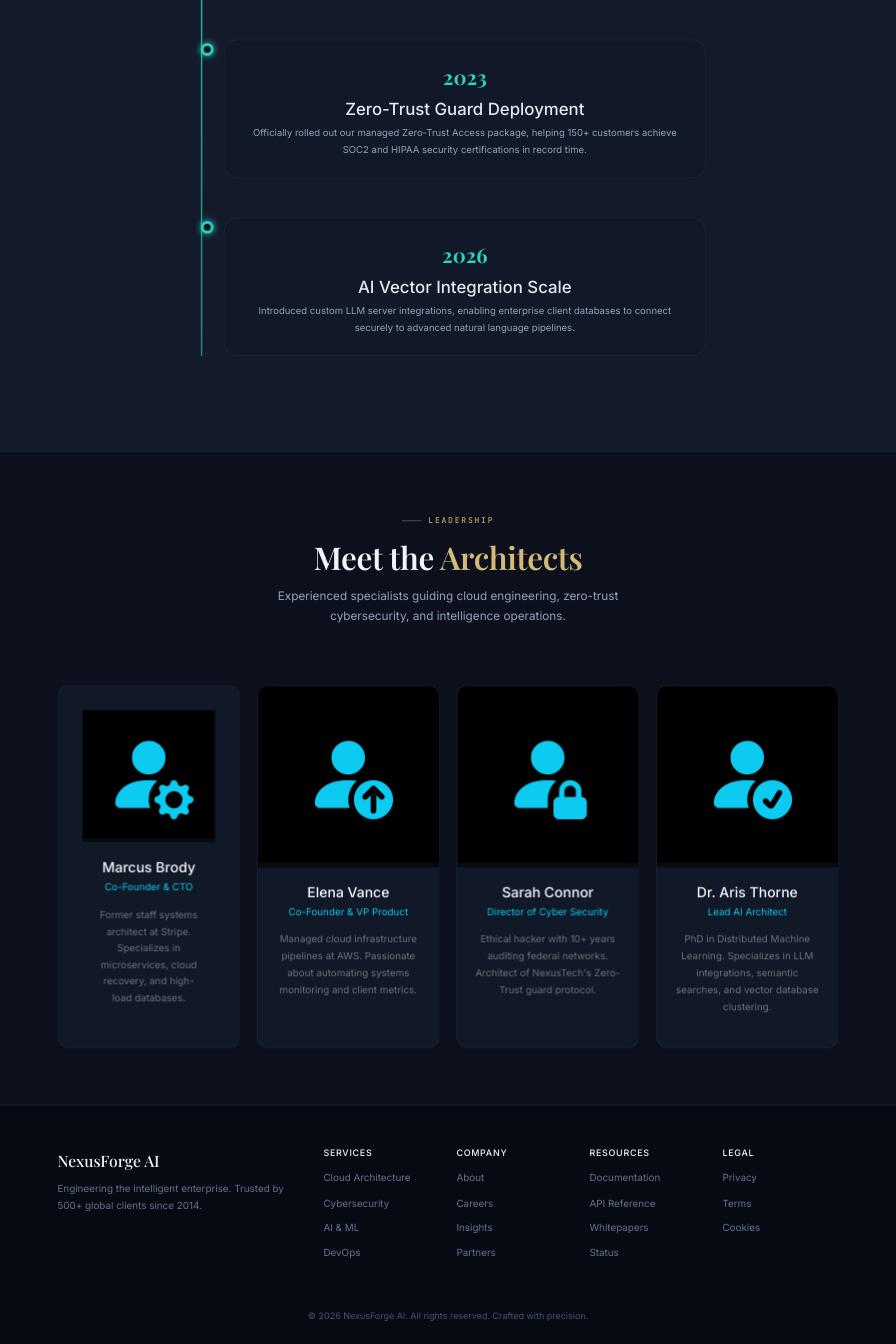
Repository: ruzni-dev/project-showcase
Page: pages/52-IT-Solutions-Website/pages/about.html
An editor plug-in stored every save of this project. The page is shown before and after the next save, followed by the edit.
The browser window is 1280 px wide. The pictures show the part of the page from y = 1492 to 3412 px (the page is 3412 px tall before and 3388 px after), at 70% of full size.
Some web fonts or font styles are not loaded; a fallback is used.

Above is the page before, as saved 2026-05-24 22:36:26.

### pages/52-IT-Solutions-Website/pages/about.html
<!DOCTYPE html>
<html lang="en">
<head>
    <meta charset="UTF-8">
    <meta name="viewport" content="width=device-width, initial-scale=1.0">
    <title>NexusForge AI — Premium IT Solutions & Intelligent Automation</title>
    <link rel="icon" type="image/svg+xml" href="../assets/images/favicon.svg">
    <link rel="apple-touch-icon" href="../assets/images/favicon.svg">

    <!-- Bootstrap 5.3 CSS -->
    <link href="https://cdn.jsdelivr.net/npm/bootstrap@5.3.2/dist/css/bootstrap.min.css" rel="stylesheet">
    <!-- Bootstrap Icons -->
    <link href="https://cdn.jsdelivr.net/npm/bootstrap-icons@1.11.3/font/bootstrap-icons.css" rel="stylesheet">
    <!-- Google Fonts: Premium Typography -->
    <link href="https://fonts.googleapis.com/css2?family=Inter:wght@300;400;500;600;700;800;900&family=Playfair+Display:ital,wght@0,500;0,600;0,700;1,500&family=JetBrains+Mono:wght@400;500;600&display=swap" rel="stylesheet">
    <!-- AOS Animation -->
    <link href="https://unpkg.com/aos@2.3.1/dist/aos.css" rel="stylesheet">
    <!-- Custom Theme CSS -->
    <link href="../assets/css/style.css" rel="stylesheet">
</head>
<body>

    <!-- ==================== NAVBAR ==================== -->
    <nav class="navbar navbar-expand-lg fixed-top" id="mainNav">
        <div class="container">
            <a class="navbar-brand" href="../index.html">
                <div class="brand-mark"><i class="bi bi-cpu-fill"></i></div>
                <span>NexusForge AI</span>
            </a>
            <button class="navbar-toggler" type="button" data-bs-toggle="collapse" data-bs-target="#navContent">
                <span class="navbar-toggler-icon"></span>
            </button>
            <div class="collapse navbar-collapse" id="navContent">
                <ul class="navbar-nav mx-auto mb-2 mb-lg-0 gap-1">
                    <li class="nav-item"><a class="nav-link" href="../index.html" data-page="home">Home</a></li>
                    <li class="nav-item"><a class="nav-link active" href="about.html#about" data-page="about">About</a></li>
                    <li class="nav-item"><a class="nav-link" href="services.html" data-page="services">Services</a></li>
                    <li class="nav-item"><a class="nav-link" href="portfolio.html" data-page="portfolio">Portfolio</a></li>
                    <li class="nav-item"><a class="nav-link" href="ai-solutions.html" data-page="ai-solutions">AI Solutions</a></li>
                    <li class="nav-item"><a class="nav-link" href="contact.html" data-page="contact">Contact</a></li>
                </ul>
                <a href="#contact" class="btn-nav">Start a Project <i class="bi bi-arrow-right ms-1"></i></a>
            </div>
        </div>
    </nav>

    <!-- ==================== PAGE 2: ABOUT ==================== -->
    <section class="page-section dark-page" id="about">
        <div class="container">
            <div class="row align-items-center g-5">
                <div class="col-lg-5" data-aos="fade-right" data-aos-duration="900">
                    <span class="section-eyebrow">Our Story</span>
                    <h2 class="section-title">A decade of <span class="accent">excellence</span> in technology consulting</h2>
                    <p class="section-subtitle">
                        Founded in 2014 by a team of MIT and Stanford engineers, NexusForge AI has grown from a boutique consultancy into a global technology partner. We combine deep technical expertise with strategic vision to solve the most complex challenges.
                    </p>
                    <div class="d-flex gap-4 mt-4 flex-wrap">
                        <div><strong style="font-size:1.6rem;color:#f1f5f9;">280+</strong><br><small style="color:var(--slate-500);">Engineers & Data Scientists</small></div>
                        <div><strong style="font-size:1.6rem;color:#f1f5f9;">12</strong><br><small style="color:var(--slate-500);">Global Offices</small></div>
                        <div><strong style="font-size:1.6rem;color:#f1f5f9;">40+</strong><br><small style="color:var(--slate-500);">Countries Served</small></div>
                    </div>
                </div>
                <div class="col-lg-7" data-aos="fade-left" data-aos-duration="1000">
                    <div class="row g-3">
                        <div class="col-6">
                            <div style="background:var(--bg-card);border:1px solid var(--border-subtle);border-radius:var(--radius-md);padding:20px;text-align:center;">
                                <i class="bi bi-trophy-fill" style="font-size:2rem;color:var(--gold);"></i>
                                <h6 class="mt-2" style="color:#f1f5f9;">Forbes Tech Council</h6>
                                <small style="color:var(--slate-500);">Member since 2019</small>
                            </div>
                        </div>
                        <div class="col-6">
                            <div style="background:var(--bg-card);border:1px solid var(--border-subtle);border-radius:var(--radius-md);padding:20px;text-align:center;">
                                <i class="bi bi-shield-check-fill" style="font-size:2rem;color:var(--teal);"></i>
                                <h6 class="mt-2" style="color:#f1f5f9;">ISO 27001 Certified</h6>
                                <small style="color:var(--slate-500);">Security Excellence</small>
                            </div>
                        </div>
                        <div class="col-6">
                            <div style="background:var(--bg-card);border:1px solid var(--border-subtle);border-radius:var(--radius-md);padding:20px;text-align:center;">
                                <i class="bi bi-award-fill" style="font-size:2rem;color:var(--gold-light);"></i>
                                <h6 class="mt-2" style="color:#f1f5f9;">Gartner Recognized</h6>
                                <small style="color:var(--slate-500);">AI Consultancy Leader</small>
                            </div>
                        </div>
                        <div class="col-6">
                            <div style="background:var(--bg-card);border:1px solid var(--border-subtle);border-radius:var(--radius-md);padding:20px;text-align:center;">
                                <i class="bi bi-globe2" style="font-size:2rem;color:var(--teal);"></i>
                                <h6 class="mt-2" style="color:#f1f5f9;">Global Delivery</h6>
                                <small style="color:var(--slate-500);">24/7 Operations</small>
                            </div>
                        </div>
                    </div>
                </div>
            </div>
        </div>
    </section>

    <!-- Company History Timeline -->
    <section class="page-section elevated-page" id="about">
        <div class="container" id="history">
            <div class="section-header-centered" data-aos="fade-up">
                <span class="section-eyebrow">Milestones</span>
                <h2 class="section-title">Our <span class="accent-teal">Journey</span></h2>
                <p class="section-subtitle">From a shared home office to scaling worldwide digital systems.</p>
            </div>
            <div class="row justify-content-center mt-5">
                <div class="col-lg-8">
                    <div class="timeline">
                        <div class="timeline-item" data-aos="zoom-in" data-aos-delay="0">
                            <div class="timeline-dot"></div>
                            <div class="ai-tool-card-premium">
                                <div class="timeline-year">2019</div>
                                <h4>Founded in San Francisco</h4>
                                <p>
                                    Started by Marcus Brody and Elena Vance as a specialized consulting agency troubleshooting server load crashes for early-stage fintech products.
                                </p>
                            </div>
                        </div>
                        <div class="timeline-item" data-aos="zoom-in" data-aos-delay="100">
                            <div class="timeline-dot"></div>
                            <div class="ai-tool-card-premium">
                                <div class="timeline-year">2021</div>
                                <h4>Infrastructual Automation Release</h4>
                                <p>
                                    Developed proprietary server-monitoring microagents, lowering average client incident resolution time from 3 hours to 12 minutes.
                                </p>
                            </div>
                        </div>
                        <div class="timeline-item" data-aos="zoom-in" data-aos-delay="200">
                            <div class="timeline-dot"></div>
                            <div class="ai-tool-card-premium">
                                <div class="timeline-year">2023</div>
                                <h4>Zero-Trust Guard Deployment</h4>
                                <p>
                                    Officially rolled out our managed Zero-Trust Access package, helping 150+ customers achieve SOC2 and HIPAA security certifications in record time.
                                </p>
                            </div>
                        </div>
                        <div class="timeline-item" data-aos="zoom-in" data-aos-delay="300">
                            <div class="timeline-dot"></div>
                            <div class="ai-tool-card-premium">
                                <div class="timeline-year">2026</div>
                                <h4>AI Vector Integration Scale</h4>
                                <p>
                                    Introduced custom LLM server integrations, enabling enterprise client databases to connect securely to advanced natural language pipelines.
                                </p>
                            </div>
                        </div>
                    </div>
                </div>
            </div>
        </div>
    </section>

    <!-- Team Grid Section -->
    <section class="page-section dark-page" id="about">
        <div class="container" id="team">
            <div class="section-header-centered" data-aos="fade-up">
                <span class="section-eyebrow">Leadership</span>
                <h2 class="section-title">Meet the <span class="accent">Architects</span></h2>
                <p class="section-subtitle">Experienced specialists guiding cloud engineering, zero-trust cybersecurity, and intelligence operations.</p>
            </div>
            <div class="row g-4 mt-4">
                <!-- Member 1 -->
                <div class="col-xl-3 col-md-6">
                    <div class="team-card glass-card h-100">
                        <div class="team-img-wrapper text-center bg-black bg-opacity-30 d-flex align-items-center justify-content-center py-5">
                            <!-- Inline Premium Avatar Icon Graphic -->
                            <i class="bi bi-person-fill-gear text-info" style="font-size: 8rem;"></i>
                            <div class="team-socials">
                                <a href="#" class="team-social-link"><i class="bi bi-linkedin"></i></a>
                                <a href="#" class="team-social-link"><i class="bi bi-github"></i></a>
                                <a href="#" class="team-social-link"><i class="bi bi-twitter-x"></i></a>
                            </div>
                        </div>
                        <div class="p-4 text-center">
                            <h5 class="mb-1 text-light">Marcus Brody</h5>
                            <p class="text-info small mb-3">Co-Founder & CTO</p>
                            <p class="text-secondary small mb-0">Former staff systems architect at Stripe. Specializes in microservices, cloud recovery, and high-load databases.</p>
                        </div>
                    </div>
                </div>

                <!-- Member 2 -->
                <div class="col-xl-3 col-md-6">
                    <div class="team-card h-100">
                        <div class="team-img-wrapper text-center bg-black bg-opacity-30 d-flex align-items-center justify-content-center py-5">
                            <i class="bi bi-person-fill-up text-info" style="font-size: 8rem;"></i>
                            <div class="team-socials">
                                <a href="#" class="team-social-link"><i class="bi bi-linkedin"></i></a>
                                <a href="#" class="team-social-link"><i class="bi bi-twitter-x"></i></a>
                            </div>
                        </div>
                        <div class="p-4 text-center">
                            <h5 class="mb-1 text-light">Elena Vance</h5>
                            <p class="text-info small mb-3">Co-Founder & VP Product</p>
                            <p class="text-secondary small mb-0">Managed cloud infrastructure pipelines at AWS. Passionate about automating systems monitoring and client metrics.</p>
                        </div>
                    </div>
                </div>

                <!-- Member 3 -->
                <div class="col-xl-3 col-md-6">
                <div class="team-card h-100">
                    <div class="team-img-wrapper text-center bg-black bg-opacity-30 d-flex align-items-center justify-content-center py-5">
                    <i class="bi bi-person-fill-lock text-info" style="font-size: 8rem;"></i>
                    <div class="team-socials">
                        <a href="#" class="team-social-link"><i class="bi bi-linkedin"></i></a>
                        <a href="#" class="team-social-link"><i class="bi bi-github"></i></a>
                    </div>
                    </div>
                    <div class="p-4 text-center">
                    <h5 class="mb-1 text-light">Sarah Connor</h5>
                    <p class="text-info small mb-3">Director of Cyber Security</p>
                    <p class="text-secondary small mb-0">Ethical hacker with 10+ years auditing federal networks. Architect of NexusTech's Zero-Trust guard protocol.</p>
                    </div>
                </div>
                </div>

                <!-- Member 4 -->
                <div class="col-xl-3 col-md-6">
                <div class="team-card h-100">
                    <div class="team-img-wrapper text-center bg-black bg-opacity-30 d-flex align-items-center justify-content-center py-5">
                    <i class="bi bi-person-fill-check text-info" style="font-size: 8rem;"></i>
                    <div class="team-socials">
                        <a href="#" class="team-social-link"><i class="bi bi-linkedin"></i></a>
                        <a href="#" class="team-social-link"><i class="bi bi-github"></i></a>
                    </div>
                    </div>
                    <div class="p-4 text-center">
                    <h5 class="mb-1 text-light">Dr. Aris Thorne</h5>
                    <p class="text-info small mb-3">Lead AI Architect</p>
                    <p class="text-secondary small mb-0">PhD in Distributed Machine Learning. Specializes in LLM integrations, semantic searches, and vector database clustering.</p>
                    </div>
                </div>
                </div>

            </div>
        </div>
    </section>

    <!-- ==================== FOOTER ==================== -->
    <footer class="footer-premium">
        <div class="container">
            <div class="row g-4">
                <div class="col-lg-4 mb-3">
                    <a class="footer-brand" href="#home">NexusForge AI</a>
                    <p style="color:var(--slate-500);font-size:0.88rem;margin-top:8px;">Engineering the intelligent enterprise. Trusted by 500+ global clients since 2014.</p>
                </div>
                <div class="col-6 col-md-3 col-lg-2">
                    <h6 style="color:#f1f5f9;font-size:0.8rem;text-transform:uppercase;letter-spacing:1px;margin-bottom:14px;">Services</h6>
                    <ul class="footer-links">
                        <li><a href="#">Cloud Architecture</a></li>
                        <li><a href="#">Cybersecurity</a></li>
                        <li><a href="#">AI & ML</a></li>
                        <li><a href="#">DevOps</a></li>
                    </ul>
                </div>
                <div class="col-6 col-md-3 col-lg-2">
                    <h6 style="color:#f1f5f9;font-size:0.8rem;text-transform:uppercase;letter-spacing:1px;margin-bottom:14px;">Company</h6>
                    <ul class="footer-links">
                        <li><a href="#about">About</a></li>
                        <li><a href="#">Careers</a></li>
                        <li><a href="#">Insights</a></li>
                        <li><a href="#">Partners</a></li>
                    </ul>
                </div>
                <div class="col-6 col-md-3 col-lg-2">
                    <h6 style="color:#f1f5f9;font-size:0.8rem;text-transform:uppercase;letter-spacing:1px;margin-bottom:14px;">Resources</h6>
                    <ul class="footer-links">
                        <li><a href="#">Documentation</a></li>
                        <li><a href="#">API Reference</a></li>
                        <li><a href="#">Whitepapers</a></li>
                        <li><a href="#">Status</a></li>
                    </ul>
                </div>
                <div class="col-6 col-md-3 col-lg-2">
                    <h6 style="color:#f1f5f9;font-size:0.8rem;text-transform:uppercase;letter-spacing:1px;margin-bottom:14px;">Legal</h6>
                    <ul class="footer-links">
                        <li><a href="#">Privacy</a></li>
                        <li><a href="#">Terms</a></li>
                        <li><a href="#">Cookies</a></li>
                    </ul>
                </div>
            </div>
            <hr style="border-color:rgba(255,255,255,0.05);margin:30px 0 20px;">
            <div class="text-center" style="color:var(--slate-600);font-size:0.8rem;">
                &copy; 2026 NexusForge AI. All rights reserved. Crafted with precision.
            </div>
        </div>
    </footer>

    <!-- ==================== AI CHAT WIDGET ==================== -->
    <div class="ai-chat-fab" id="aiChatFab">
        <div class="chat-panel" id="chatPanel">
            <div class="chat-panel-header">
                <span class="online-dot"></span>
                <strong>Nexus AI Assistant</strong>
                <small style="opacity:0.6;margin-left:auto;font-size:0.7rem;">GPT-4o</small>
                <button style="background:none;border:none;color:#fff;cursor:pointer;font-size:1.1rem;margin-left:8px;" onclick="toggleChatPanel()"><i class="bi bi-x-lg"></i></button>
            </div>
            <div class="chat-messages" id="chatMessages">
                <div class="chat-msg bot">
                    👋 Welcome to NexusForge AI. I'm your dedicated assistant. How may I help you today? You can ask about our services, case studies, or request a consultation.
                </div>
            </div>
            <div class="chat-input-row">
                <input type="text" id="chatInputField" placeholder="Type your message..." onkeypress="if(event.key==='Enter')sendPremiumChat()">
                <button onclick="sendPremiumChat()"><i class="bi bi-send-fill"></i></button>
            </div>
        </div>
        <button class="chat-fab-btn" onclick="toggleChatPanel()" id="chatFabBtn">
            <i class="bi bi-robot"></i>
            <span class="pulse-ring"></span>
        </button>
    </div>

    <!-- ==================== SCRIPTS ==================== -->
    <script src="https://cdn.jsdelivr.net/npm/bootstrap@5.3.2/dist/js/bootstrap.bundle.min.js"></script>
    <script src="https://unpkg.com/aos@2.3.1/dist/aos.js"></script>
    <script src="../assets/js/script.js"></script>
</body>
</html>

Loaded but not shown: pages/52-IT-Solutions-Website/assets/js/script.js (231 lines, source omitted); pages/52-IT-Solutions-Website/assets/css/style.css (1257 lines, source omitted)

After the next save:
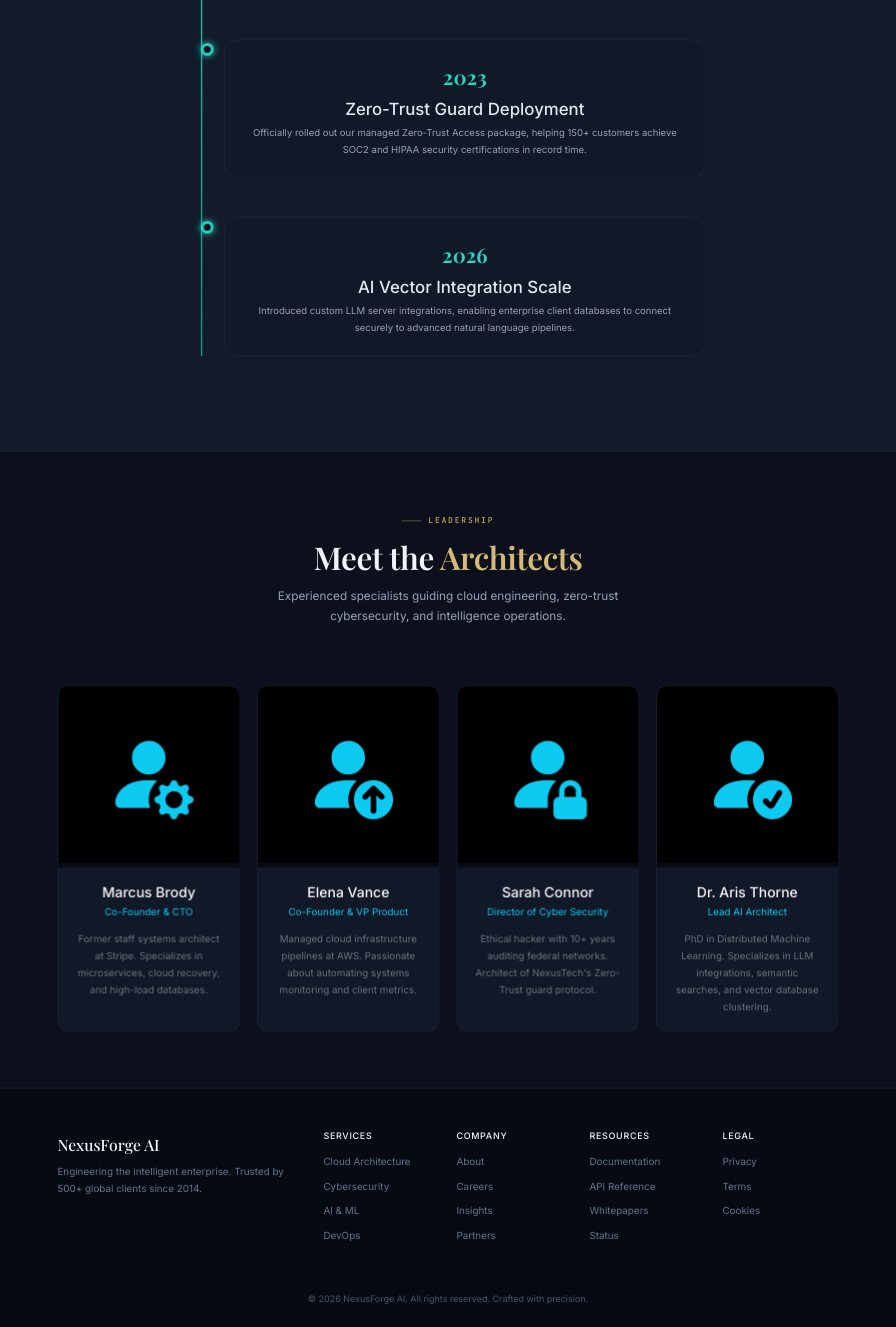
Saved 23 s later.
--- a/pages/52-IT-Solutions-Website/pages/about.html
+++ b/pages/52-IT-Solutions-Website/pages/about.html
@@ -164,7 +164,7 @@
             <div class="row g-4 mt-4">
                 <!-- Member 1 -->
                 <div class="col-xl-3 col-md-6">
-                    <div class="team-card glass-card h-100">
+                    <div class="team-card h-100">
                         <div class="team-img-wrapper text-center bg-black bg-opacity-30 d-flex align-items-center justify-content-center py-5">
                             <!-- Inline Premium Avatar Icon Graphic -->
                             <i class="bi bi-person-fill-gear text-info" style="font-size: 8rem;"></i>
